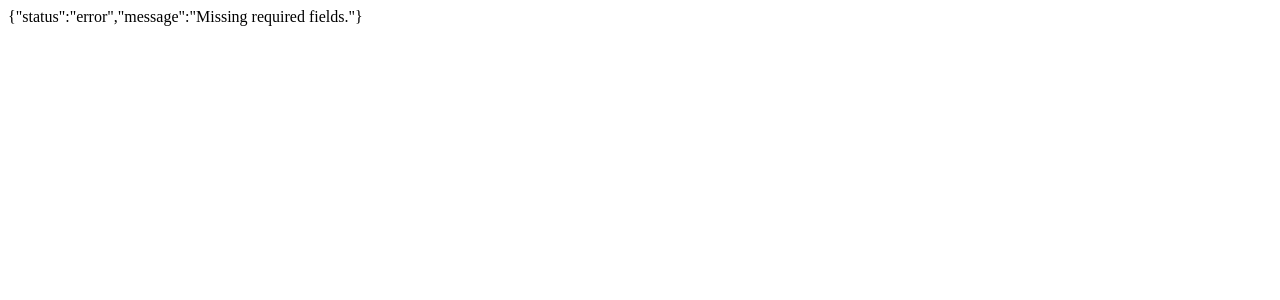
Repository: malingubarnice/Online-Reservation-System
Page: http://localhost/book_room.php
These files come from the project's save history. The page is drawn as it stood at one moment and after the next save; the edit follows.
The browser window is 1280 px wide. The pictures show the whole page.
The page is run by PHP 8.4 with error messages shown; the project is at /var/www/html/.

Above is the page before, as saved 2025-01-07 12:06:54.

### book_room.php
<?php
// Enable error reporting for debugging
ini_set('display_errors', 1);
error_reporting(E_ALL);

// Database credentials
$servername = "localhost";
$username = "root";  // Change to your MySQL username
$password = "";      // Change to your MySQL password
$dbname = "coppers_ivy";  // Change to your database name

// Create connection
$conn = new mysqli($servername, $username, $password, $dbname);

// Check connection
if ($conn->connect_error) {
    die("Connection failed: " . $conn->connect_error);
}

// Read the raw POST data from the request body
$input = file_get_contents('php://input');

// Log the raw request for debugging (optional)
error_log("Received data: " . $input);

// Decode the JSON data
$data = json_decode($input, true);

// Check if the required fields are provided
if (isset($data['room_id'], $data['check_in_date'], $data['check_out_date'], $data['guest_count'], $data['contact_info'])) {
    // Sanitize the data
    $roomId = intval($data['room_id']);
    $checkInDate = $data['check_in_date'];
    $checkOutDate = $data['check_out_date'];
    $guestCount = intval($data['guest_count']);
    $contactInfo = $data['contact_info'];

    // Make sure the guest count is a positive integer
    if ($guestCount <= 0) {
        echo json_encode(['status' => 'error', 'message' => 'Guest count must be a positive number.']);
        exit;
    }

    // Check if the dates are valid
    $today = date('Y-m-d');
    if ($checkInDate < $today) {
        echo json_encode(['status' => 'error', 'message' => 'Check-in date cannot be in the past.']);
        exit;
    }

    if ($checkInDate >= $checkOutDate) {
        echo json_encode(['status' => 'error', 'message' => 'Check-out date must be after the check-in date.']);
        exit;
    }

    // Now, insert the booking data into the database
    try {
        // Prepare the SQL statement for insertion
        $sql = "INSERT INTO bookings (room_id, check_in_date, check_out_date, guest_count, contact_info, created_at)
                VALUES (?, ?, ?, ?, ?, NOW())";

        // Prepare statement
        $stmt = $conn->prepare($sql);
        if ($stmt === false) {
            throw new Exception("Failed to prepare the SQL statement.");
        }

        // Bind parameters
        $stmt->bind_param('issis', $roomId, $checkInDate, $checkOutDate, $guestCount, $contactInfo);

        // Execute the query
        if ($stmt->execute()) {
            echo json_encode(['status' => 'success', 'message' => 'Booking successfully made!']);
        } else {
            echo json_encode(['status' => 'error', 'message' => 'Error: ' . $stmt->error]);
        }

        // Close the statement
        $stmt->close();

    } catch (Exception $e) {
        // Handle any errors with the database or SQL query
        error_log("Database error: " . $e->getMessage());
        echo json_encode(['status' => 'error', 'message' => 'Database error. Please try again later.']);
    }
} else {
    // Return an error message if the required fields are missing
    echo json_encode(['status' => 'error', 'message' => 'Missing required fields.']);
}

// Close the database connection
$conn->close();
?>

After the next save:
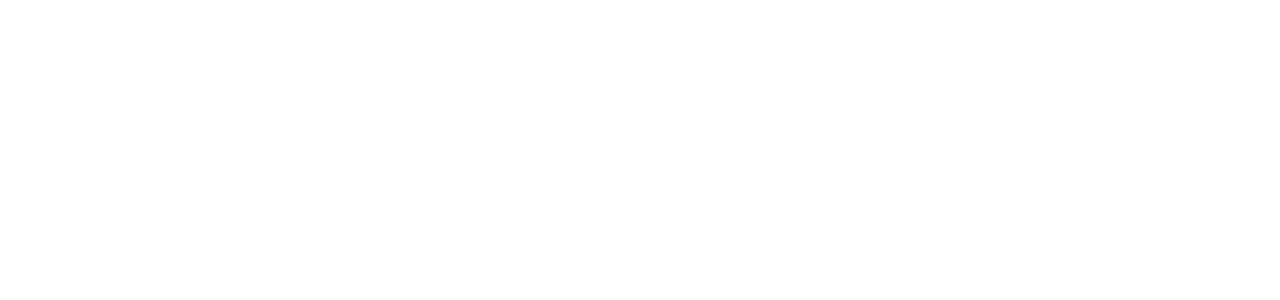
Saved 11 min 24 s later.
--- a/book_room.php
+++ b/book_room.php
@@ -17,76 +17,6 @@
     die("Connection failed: " . $conn->connect_error);
 }
 
-// Read the raw POST data from the request body
-$input = file_get_contents('php://input');
-
-// Log the raw request for debugging (optional)
-error_log("Received data: " . $input);
-
-// Decode the JSON data
-$data = json_decode($input, true);
-
-// Check if the required fields are provided
-if (isset($data['room_id'], $data['check_in_date'], $data['check_out_date'], $data['guest_count'], $data['contact_info'])) {
-    // Sanitize the data
-    $roomId = intval($data['room_id']);
-    $checkInDate = $data['check_in_date'];
-    $checkOutDate = $data['check_out_date'];
-    $guestCount = intval($data['guest_count']);
-    $contactInfo = $data['contact_info'];
-
-    // Make sure the guest count is a positive integer
-    if ($guestCount <= 0) {
-        echo json_encode(['status' => 'error', 'message' => 'Guest count must be a positive number.']);
-        exit;
-    }
-
-    // Check if the dates are valid
-    $today = date('Y-m-d');
-    if ($checkInDate < $today) {
-        echo json_encode(['status' => 'error', 'message' => 'Check-in date cannot be in the past.']);
-        exit;
-    }
-
-    if ($checkInDate >= $checkOutDate) {
-        echo json_encode(['status' => 'error', 'message' => 'Check-out date must be after the check-in date.']);
-        exit;
-    }
-
-    // Now, insert the booking data into the database
-    try {
-        // Prepare the SQL statement for insertion
-        $sql = "INSERT INTO bookings (room_id, check_in_date, check_out_date, guest_count, contact_info, created_at)
-                VALUES (?, ?, ?, ?, ?, NOW())";
-
-        // Prepare statement
-        $stmt = $conn->prepare($sql);
-        if ($stmt === false) {
-            throw new Exception("Failed to prepare the SQL statement.");
-        }
-
-        // Bind parameters
-        $stmt->bind_param('issis', $roomId, $checkInDate, $checkOutDate, $guestCount, $contactInfo);
-
-        // Execute the query
-        if ($stmt->execute()) {
-            echo json_encode(['status' => 'success', 'message' => 'Booking successfully made!']);
-        } else {
-            echo json_encode(['status' => 'error', 'message' => 'Error: ' . $stmt->error]);
-        }
-
-        // Close the statement
-        $stmt->close();
-
-    } catch (Exception $e) {
-        // Handle any errors with the database or SQL query
-        error_log("Database error: " . $e->getMessage());
-        echo json_encode(['status' => 'error', 'message' => 'Database error. Please try again later.']);
-    }
-} else {
-    // Return an error message if the required fields are missing
-    echo json_encode(['status' => 'error', 'message' => 'Missing required fields.']);
-}
 
 // Close the database connection
 $conn->close();

After the save that followed:
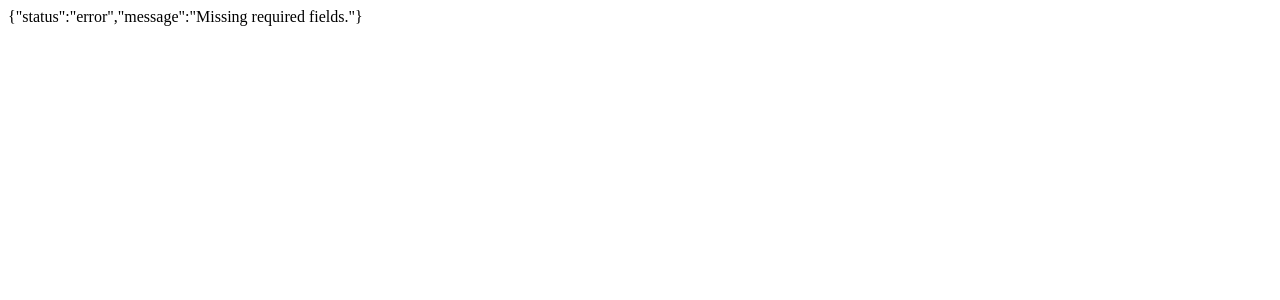
Saved 31 s later.
--- a/book_room.php
+++ b/book_room.php
@@ -17,7 +17,74 @@
     die("Connection failed: " . $conn->connect_error);
 }
 
+// Read the raw POST data from the request body
+$input = file_get_contents('php://input');
+$data = json_decode($input, true);
 
+// Check if the required fields are provided
+if (isset($data['room_id'], $data['check_in_date'], $data['check_out_date'], $data['guest_count'], $data['contact_info'])) {
+    // Sanitize the data
+    $roomId = intval($data['room_id']);
+    $checkInDate = $data['check_in_date'];
+    $checkOutDate = $data['check_out_date'];
+    $guestCount = intval($data['guest_count']);
+    $contactInfo = $data['contact_info'];
+
+    // Validate guest count
+    if ($guestCount <= 0) {
+        echo json_encode(['status' => 'error', 'message' => 'Guest count must be a positive number.']);
+        exit;
+    }
+
+    // Date validation
+    $today = date('Y-m-d');
+    if ($checkInDate < $today) {
+        echo json_encode(['status' => 'error', 'message' => 'Check-in date cannot be in the past.']);
+        exit;
+    }
+    if ($checkInDate >= $checkOutDate) {
+        echo json_encode(['status' => 'error', 'message' => 'Check-out date must be after the check-in date.']);
+        exit;
+    }
+
+    // Check if the room is already booked for the same dates
+    $sql = "SELECT * FROM bookings WHERE room_id = ? AND ((check_in_date BETWEEN ? AND ?) OR (check_out_date BETWEEN ? AND ?))";
+    $stmt = $conn->prepare($sql);
+    $stmt->bind_param('issss', $roomId, $checkInDate, $checkOutDate, $checkInDate, $checkOutDate);
+    $stmt->execute();
+    $result = $stmt->get_result();
+
+    if ($result->num_rows > 0) {
+        echo json_encode(['status' => 'error', 'message' => 'This room is already booked for the selected dates.']);
+        exit;
+    }
+
+    // Insert the booking into the database
+    $sql = "INSERT INTO bookings (room_id, check_in_date, check_out_date, guest_count, contact_info, created_at)
+            VALUES (?, ?, ?, ?, ?, NOW())";
+
+    // Prepare statement
+    $stmt = $conn->prepare($sql);
+    if ($stmt === false) {
+        throw new Exception("Failed to prepare the SQL statement.");
+    }
+
+    // Bind parameters
+    $stmt->bind_param('issis', $roomId, $checkInDate, $checkOutDate, $guestCount, $contactInfo);
+
+    // Execute the query
+    if ($stmt->execute()) {
+        echo json_encode(['status' => 'success', 'message' => 'Booking successfully made!']);
+    } else {
+        echo json_encode(['status' => 'error', 'message' => 'Error: ' . $stmt->error]);
+    }
+
+    // Close the statement
+    $stmt->close();
+
+} else {
+    echo json_encode(['status' => 'error', 'message' => 'Missing required fields.']);
+}
 // Close the database connection
 $conn->close();
 ?>
